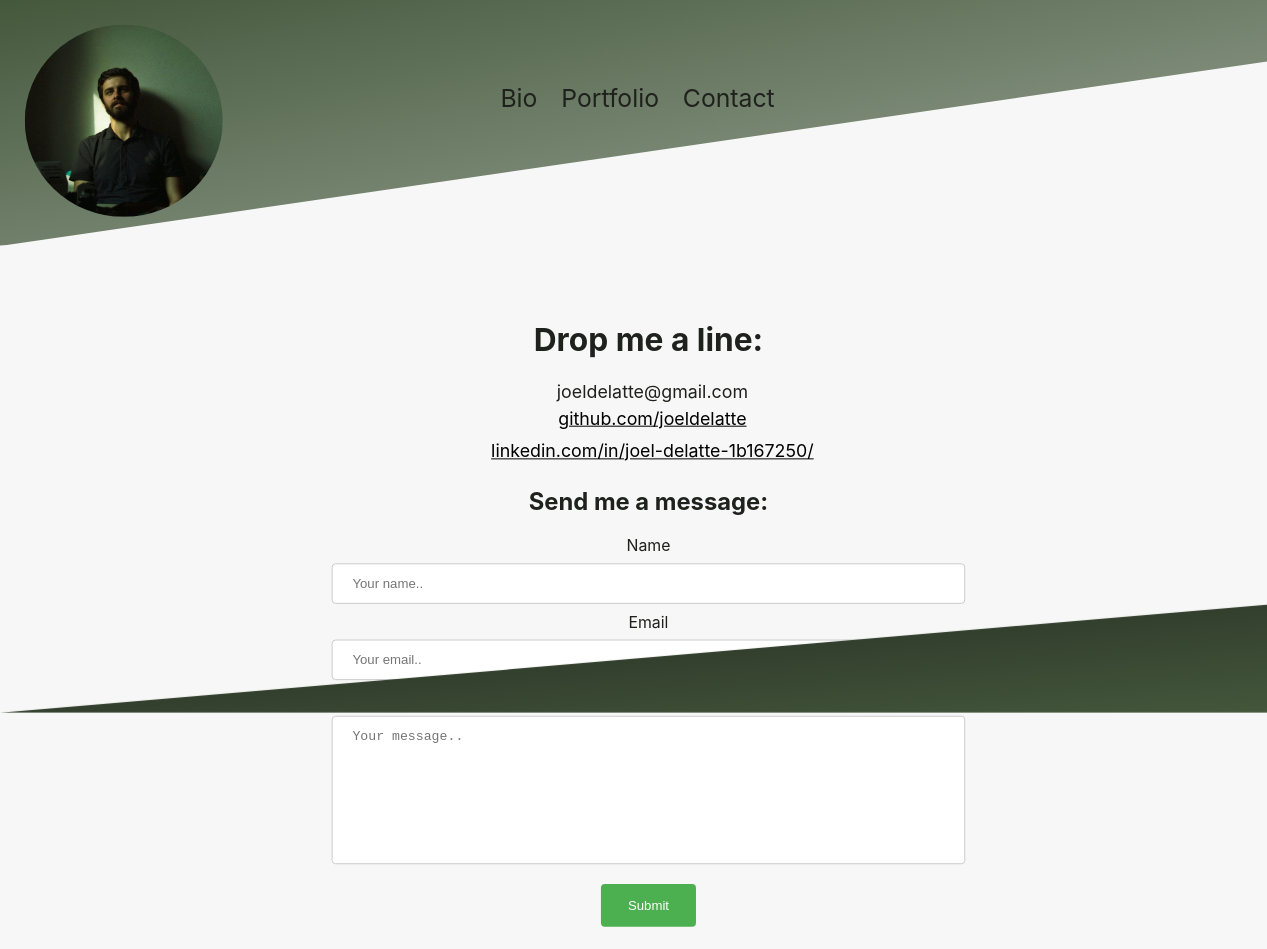
Repository: joeldelatte/react-portfolio
Page: /contact (app in client/)
An editor plug-in stored every save of this project. The page is shown before and after the next save, followed by the edit.
The browser window is 1280 px wide. The pictures show the whole page, at 99% of full size.
The project was rebuilt for these pictures with package versions that can differ from the ones it lists, and the page was loaded fresh each time. Also part of the build but not shown: client/src/App.css, client/src/Components/Bio/bio.css, client/src/Components/Bio/Bio.js, client/src/Components/Portfolio/portfolio.css, client/src/Components/Portfolio/Portfolio.js.

Above is the page before, as saved 2020-07-08 15:08:45.

### client/public/index.html
<!doctype html>
<html lang="en">
  <head>
    <meta charset="utf-8">
    <meta name="viewport" content="width=device-width, initial-scale=1, shrink-to-fit=no">
    <meta name="theme-color" content="#000000">
    <!--
      manifest.json provides metadata used when your web app is added to the
      homescreen on Android. See https://developers.google.com/web/fundamentals/engage-and-retain/web-app-manifest/
    -->
    <link rel="manifest" href="%PUBLIC_URL%/manifest.json">
    <link rel="shortcut icon" href="%PUBLIC_URL%/favicon.ico">
    <!--
      Notice the use of %PUBLIC_URL% in the tags above.
      It will be replaced with the URL of the `public` folder during the build.
      Only files inside the `public` folder can be referenced from the HTML.

      Unlike "/favicon.ico" or "favicon.ico", "%PUBLIC_URL%/favicon.ico" will
      work correctly both with client-side routing and a non-root public URL.
      Learn how to configure a non-root public URL by running `npm run build`.
    -->
    <title>Joel Delatte</title>
  </head>
  <body>
    <noscript>
      You need to enable JavaScript to run this app.
    </noscript>
    <div id="root"></div>
    <!--
      This HTML file is a template.
      If you open it directly in the browser, you will see an empty page.

      You can add webfonts, meta tags, or analytics to this file.
      The build step will place the bundled scripts into the <body> tag.

      To begin the development, run `npm start` or `yarn start`.
      To create a production bundle, use `npm run build` or `yarn build`.
    -->
  </body>
</html>

### client/src/index.css
body {
  margin: 0;
  font-family: -apple-system, BlinkMacSystemFont, 'Segoe UI', 'Roboto', 'Oxygen',
    'Ubuntu', 'Cantarell', 'Fira Sans', 'Droid Sans', 'Helvetica Neue',
    sans-serif;
  -webkit-font-smoothing: antialiased;
  -moz-osx-font-smoothing: grayscale;
  background-color: rgb(247, 247, 247);
  color: rgb(31,33,28);
}

code {
  font-family: source-code-pro, Menlo, Monaco, Consolas, 'Courier New',
    monospace;
}

### client/src/App.js
import React from 'react';
import {BrowserRouter as Router, Route, Switch, Link} from "react-router-dom";
import './App.css';
import Bio from "./Components/Bio/Bio";
import Nav from "./Page/Nav";
import Contact from "./Components/Contact/Contact";
import Portfolio from "./Components/Portfolio/Portfolio";
import Footer from "./Page/Footer";

export default function App() {
  return (
    <>
      <Router>
        <Nav />
        <Switch>
          <Route exact path="/">
            <Bio />
          </Route>
          <Route exact path="/contact">
            <Contact />
          </Route>
          <Route exact path="/portfolio">
            <Portfolio />
          </Route>
        </Switch>
        <Footer />
      </Router>
    </>
  );
}

### client/src/Page/Nav.js
import React from "react";
import {BrowserRouter as Router, Route, Switch, Link} from "react-router-dom";
import Avatar from "./Avatar";
import "./Page.css";

function Nav () {
    return (
      <div className="header">
        <Avatar />
        <div className="nav">
          <Link to="/">Bio</Link>
          <Link to="/portfolio">Portfolio</Link>
          <Link to="/contact">Contact</Link>
        </div>
      </div>
    );
};

export default Nav;

### client/src/Components/Contact/Contact.js
import React from "react";
import axios from "axios";
import "./contact.css";

export default function Contact() {

    function handleSubmit(event) {
        event.preventDefault();
        const name = document.getElementById('name').value;
        const email = document.getElementById('email').value;
        const message = document.getElementById('message').value;

        axios({
            method: "POST",
            url: "http://localhost:3001/send", //https://joel-delatte-portfolio.herokuapp.com/
            data: {
                name: name,
                email: email,
                message: message
            }
        }).then((res)=>{
            if(res.data.msg === 'success') {
                alert("Message Sent.");
                resetForm();
            }else if (res.data.msg === 'fail') {
                alert("Message failed to send");
            }
        })
    }

    function resetForm() {
        document.getElementById("contact-form").reset();
    }

    return (
        <div className="conatiner" >
        <div className="contact">
        <h1>Drop me a line:</h1>
        <span className="email-address">joeldelatte@gmail.com</span>
        <a href="https://github.com/joeldelatte" target="_blank" >github.com/joeldelatte</a>
        <a href="https://www.linkedin.com/in/joel-delatte-1b167250/" target="_blank" >linkedin.com/in/joel-delatte-1b167250/</a>
        <h2>Send me a message:</h2>
          <form id="contact-form" onSubmit={handleSubmit} className="form" method="POST">
              <label htmlFor="fname">Name</label>
              <input type="text" id="name" name="firstname" placeholder="Your name.." />
              <label htmlFor="email">Email</label>
              <input type="text" id="email" name="email" placeholder="Your email.." />
              <label htmlFor="message">Message</label>
              <textarea type="text" id="message" placeholder="Your message.." />
              <input type="submit" value="Submit"></input>
          </form>
        </div>
        </div>
    )
}

### client/src/Page/Footer.js
import React from "react";
// import { BrowserRouter as Router, Route, Switch, Link } from "react-router-dom";
import "./Page.css";

function Footer() {
  return (
    <div className="footer">
      <footer>
          Hello
      </footer>
    </div>
  );
}

export default Footer;

### client/src/Page/Avatar.js
import React from "react";
import Portrait from "./images/joel_d.png"
import "./Page.css";

const styles = {
    maxWidth: 200,
    maxHeight: 200,
    borderRadius: 100,
    marginLeft: 25
};

function Avatar () {

    return (
      <div>
          <img src={Portrait} alt="avatar"  className="avatar" /> {/* style={styles} */}
      </div>
    );
};

export default Avatar;

### client/src/Page/Page.css
.header {
  height: 38%;
  background-image: linear-gradient(to right bottom, rgba(68,88,60, 1), rgba(68,88,60, 0.501));
  /* , url("../img/hero.jpg"); */
  background-size: cover;
  background-position: top;
  position: relative;
  -webkit-clip-path: polygon(0 0, 100% 0, 100% 85%, 0 100%);
  clip-path: polygon(0 0, 100% 0, 100% 25%, 0 100%);
  position: relative;
}

  .avatar {
    display: inline;
    max-width: 200px;
    max-height: 200px;
    border-radius: 100%;
    margin: 25px;
    }

.nav {
    position: absolute;
    top: 40%;
    left: 50%;
    transform: translate(-50%, -50%);
    text-align: center;
}

.nav a {
    padding: 6px 8px 6px 16px;
    text-decoration: none;
    font-size: 25px;
    color: rgb(31,33,28);
    display: inline;
    text-align: center;
  }

.nav a:hover {
    color: #f1f1f1;
}

.footer {
  padding: 1rem;
  height: 5rem;
  background-color: rgb(68,88,60);
  background-image: linear-gradient(to right bottom, rgba(31,33,28, 0.901), rgba(68,88,60, 0.601));
  -webkit-clip-path: polygon(0 100%, 100% 0, 100% 100%, 0 100%);
  clip-path: polygon(0 100%, 100% 0, 100% 100%, 0 100%);
  /* transform: skewY(-7deg); */
  position: fixed;
  left: 0;
  bottom: 0;
  width: 100%;
  text-align: center;
}
  /* .footer > * {
    transform: skewY(7deg); } */

### client/src/Components/Contact/contact.css
.container {
  position: relative;
}
.contact {
    padding: 15px;
    max-width: 50%;
    position: absolute;
    top: 40%;
    left: 25%;
    text-align: center;
}

.contact a {
  padding: 6px 8px 6px 16px;
  text-decoration: underline;
  font-size: 18px;
  color: black;
  display: block;
}

.contact a:hover {
  color: #818181;
}

.email-address {
  padding: 6px 8px 6px 16px;
  font-size: 18px;
}

input[type=text], select {
    width: 100%;
    padding: 12px 20px;
    margin: 8px 0;
    display: inline-block;
    border: 1px solid #ccc;
    border-radius: 4px;
    box-sizing: border-box;
  }

  input[type=submit] {
    width: 15%;
    background-color: #4CAF50;
    color: white;
    padding: 14px 20px;
    margin: 8px 0;
    border: none;
    border-radius: 4px;
    cursor: pointer;
  }

  input[type=submit]:hover {
    background-color: #45a049;
  }

textarea {
    width: 100%;
    height: 150px;
    margin: 8px 0;
    padding: 12px 20px;
    box-sizing: border-box;
    border: 1px solid #ccc;
    border-radius: 4px;
    resize: none;
  }

  @media only screen and (max-width: 768px) {
    .contact {
      margin-left: 110px;
    }
  }

Loaded but not shown: client/src/index.js (common file); client/src/serviceWorker.js (common file)

After the next save:
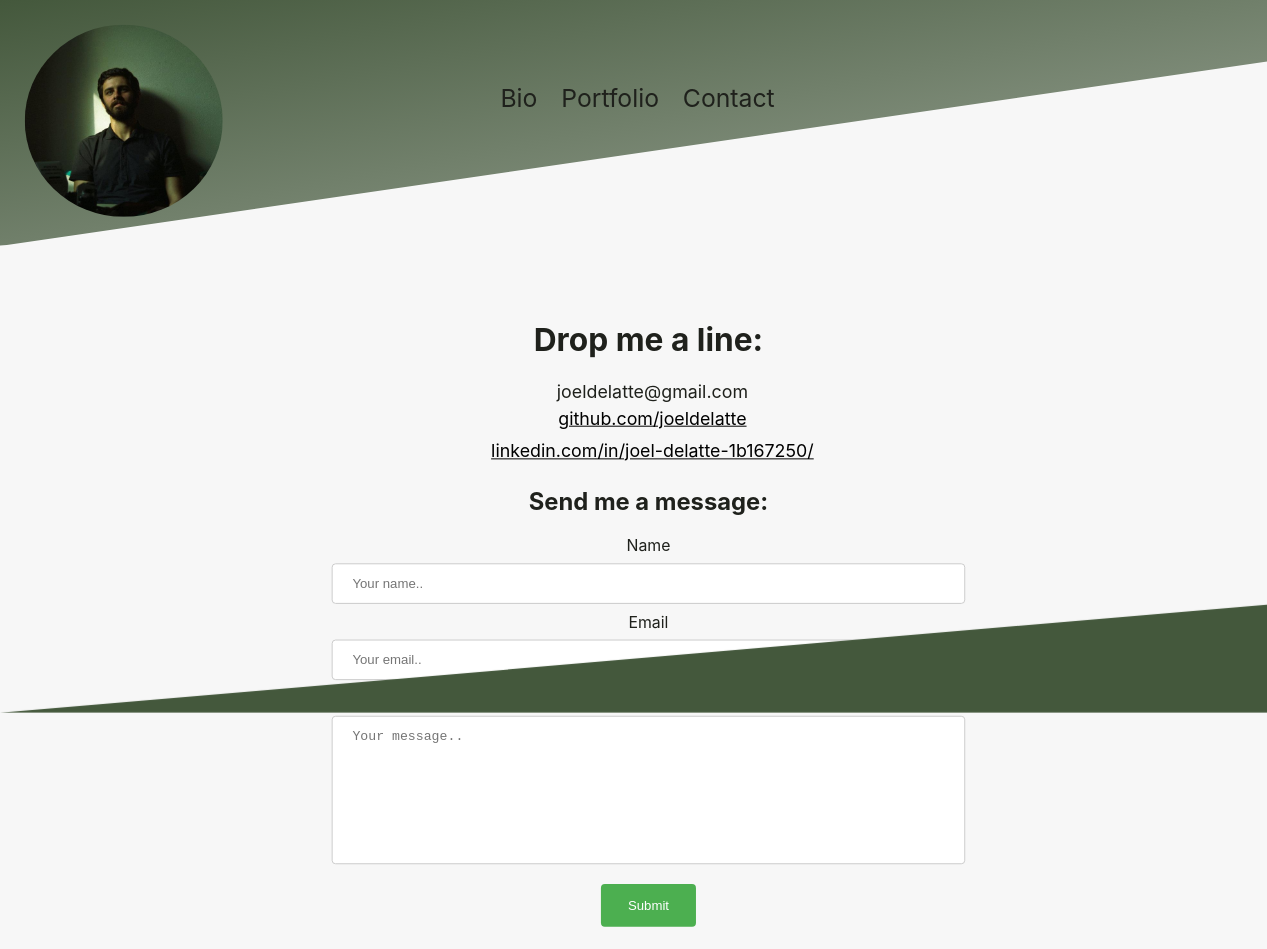
Saved 15 s later.
--- a/client/src/Page/Page.css
+++ b/client/src/Page/Page.css
@@ -43,15 +43,12 @@
   padding: 1rem;
   height: 5rem;
   background-color: rgb(68,88,60);
-  background-image: linear-gradient(to right bottom, rgba(31,33,28, 0.901), rgba(68,88,60, 0.601));
+  /* background-image: linear-gradient(to right bottom, rgba(31,33,28, 0.901), rgba(68,88,60, 0.601)); */
   -webkit-clip-path: polygon(0 100%, 100% 0, 100% 100%, 0 100%);
   clip-path: polygon(0 100%, 100% 0, 100% 100%, 0 100%);
-  /* transform: skewY(-7deg); */
   position: fixed;
   left: 0;
   bottom: 0;
   width: 100%;
   text-align: center;
 }
-  /* .footer > * {
-    transform: skewY(7deg); } */
